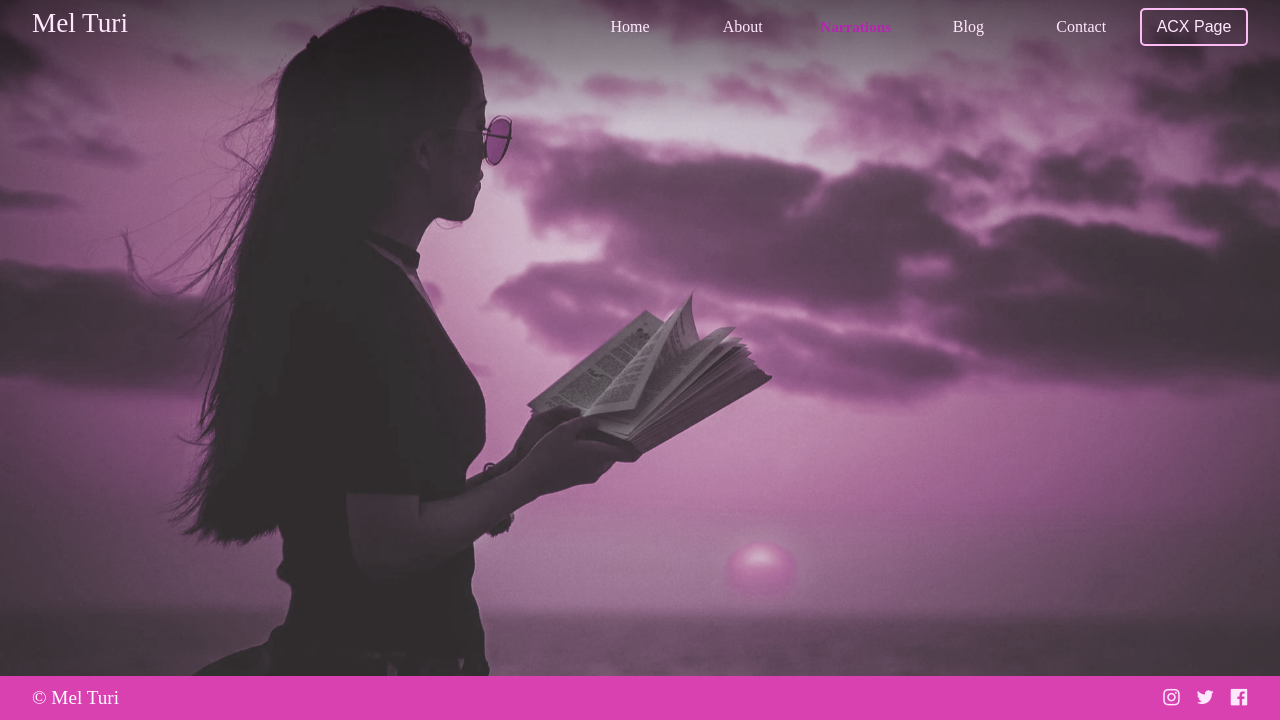
Repository: mel-turi/mel-turi-website
Page: /narrations
An editor plug-in stored every save of this project. The page is shown before and after the next save, followed by the edit.
The browser window is 1280 px wide. The pictures show the whole page.
Some web fonts or font styles are not loaded; a fallback is used. The project was rebuilt for these pictures with package versions that can differ from the ones it lists, and the page was loaded fresh each time. Also part of the build but not shown: src/Main.js, src/About.js, src/Blog.js, src/Contact.js.

Above is the page before, as saved 2019-08-24 16:03:17.

After the next save:
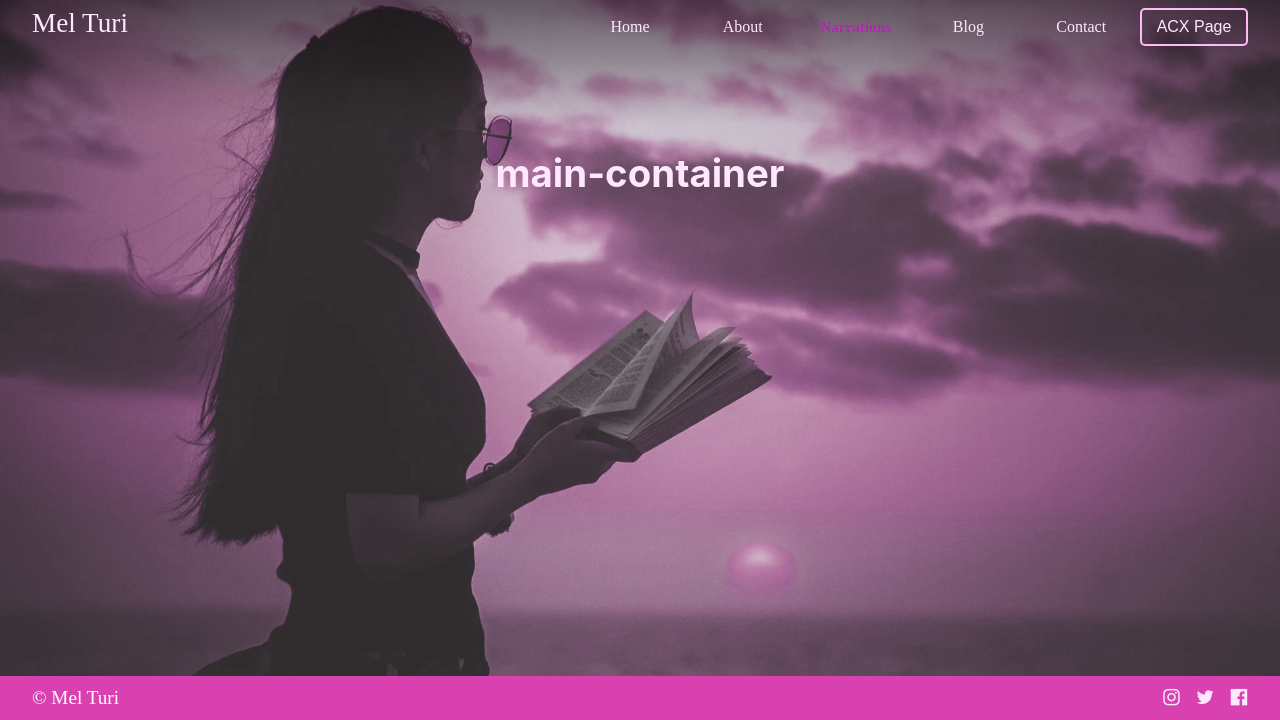
Saved 13 s later.
--- a/src/Content.js
+++ b/src/Content.js
@@ -26,7 +26,7 @@ class Content extends React.Component {
   render() {
     return (
       <main className={this.props.state.containerpage}>
-        <h1>{}</h1>
+        <h1>{this.props.state.containerpage}</h1>
       </main>
     );
   }
